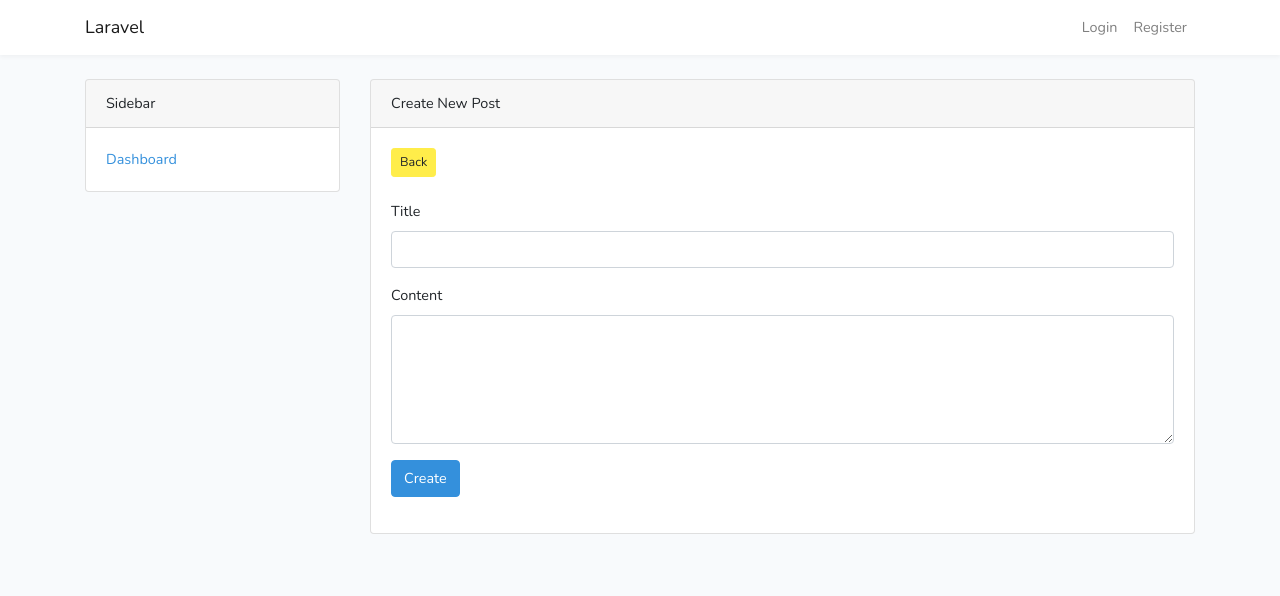
Repository: tlexDett/Covid19Ubon
Page: http://localhost/admin/posts/create
These files come from the project's save history. The page is drawn as it stood at one moment and after the next save; the edit follows.
The browser window is 1280 px wide. The pictures show the whole page.
The page is served by the project's Laravel application, run on PHP 8.4 with Laravel 8. Other server files are loaded and not shown.

Above is the page before, as saved 2020-05-05 01:26:44.

### Covid19Ubon/routes/web.php
<?php

/*
|--------------------------------------------------------------------------
| Web Routes
|--------------------------------------------------------------------------
|
| Here is where you can register web routes for your application. These
| routes are loaded by the RouteServiceProvider within a group which
| contains the "web" middleware group. Now create something great!
|
*/

Route::get('/', function () {
    return view('welcome');
});

Auth::routes();

Route::get('/home', 'HomeController@index')->name('home');

// Route::get('/home', 'Admin.PostsController');

Route::resource('admin/posts', 'Admin\\PostsController');

### Covid19Ubon/app/Http/Controllers/Auth/LoginController.php
<?php

namespace App\Http\Controllers\Auth;

use App\Http\Controllers\Controller;
use Illuminate\Foundation\Auth\AuthenticatesUsers;

class LoginController extends Controller
{
    /*
    |--------------------------------------------------------------------------
    | Login Controller
    |--------------------------------------------------------------------------
    |
    | This controller handles authenticating users for the application and
    | redirecting them to your home screen. The controller uses a trait
    | to conveniently provide its functionality to your applications.
    |
    */

    use AuthenticatesUsers;

    /**
     * Where to redirect users after login.
     *
     * @var string
     */
    protected $redirectTo = '/admin/posts';

    /**
     * Create a new controller instance.
     *
     * @return void
     */
    public function __construct()
    {
        $this->middleware('guest')->except('logout');
    }
}

### Covid19Ubon/app/Http/Controllers/Admin/PostsController.php
<?php

namespace App\Http\Controllers\Admin;

use App\Http\Requests;
use App\Http\Controllers\Controller;

use App\Post;
use Illuminate\Http\Request;

class PostsController extends Controller
{
    /**
     * Display a listing of the resource.
     *
     * @return \Illuminate\View\View
     */
    public function index(Request $request)
    {
        $keyword = $request->get('search');
        $perPage = 25;

        if (!empty($keyword)) {
            $posts = Post::where('title', 'LIKE', "%$keyword%")
                ->orWhere('content', 'LIKE', "%$keyword%")
                ->latest()->paginate($perPage);
        } else {
            $posts = Post::latest()->paginate($perPage);
        }

        return view('admin.posts.index', compact('posts'));
    }

    /**
     * Show the form for creating a new resource.
     *
     * @return \Illuminate\View\View
     */
    public function create()
    {
        return view('admin.posts.create');
    }

    /**
     * Store a newly created resource in storage.
     *
     * @param \Illuminate\Http\Request $request
     *
     * @return \Illuminate\Http\RedirectResponse|\Illuminate\Routing\Redirector
     */
    public function store(Request $request)
    {

        $requestData = $request->all();

        Post::create($requestData);

        return redirect('admin/posts')->with('flash_message', 'Post added!');
    }

    /**
     * Display the specified resource.
     *
     * @param  int  $id
     *
     * @return \Illuminate\View\View
     */
    public function show($id)
    {
        $post = Post::findOrFail($id);

        return view('admin.posts.show', compact('post'));
    }

    /**
     * Show the form for editing the specified resource.
     *
     * @param  int  $id
     *
     * @return \Illuminate\View\View
     */
    public function edit($id)
    {
        $post = Post::findOrFail($id);

        return view('admin.posts.edit', compact('post'));
    }

    /**
     * Update the specified resource in storage.
     *
     * @param \Illuminate\Http\Request $request
     * @param  int  $id
     *
     * @return \Illuminate\Http\RedirectResponse|\Illuminate\Routing\Redirector
     */
    public function update(Request $request, $id)
    {

        $requestData = $request->all();

        $post = Post::findOrFail($id);
        $post->update($requestData);

        return redirect('admin/posts')->with('flash_message', 'Post updated!');
    }

    /**
     * Remove the specified resource from storage.
     *
     * @param  int  $id
     *
     * @return \Illuminate\Http\RedirectResponse|\Illuminate\Routing\Redirector
     */
    public function destroy($id)
    {
        Post::destroy($id);

        return redirect('admin/posts')->with('flash_message', 'Post deleted!');
    }
}

### Covid19Ubon/resources/views/admin/posts/create.blade.php
@extends('layouts.app')

@section('content')
    <div class="container">
        <div class="row">
            @include('admin.sidebar')

            <div class="col-md-9">
                <div class="card">
                    <div class="card-header">Create New Post</div>
                    <div class="card-body">
                        <a href="{{ url('/admin/posts') }}" title="Back"><button class="btn btn-warning btn-sm"><i class="fa fa-arrow-left" aria-hidden="true"></i> Back</button></a>
                        <br />
                        <br />

                        @if ($errors->any())
                            <ul class="alert alert-danger">
                                @foreach ($errors->all() as $error)
                                    <li>{{ $error }}</li>
                                @endforeach
                            </ul>
                        @endif

                        <form method="POST" action="{{ url('/admin/posts') }}" accept-charset="UTF-8" class="form-horizontal" enctype="multipart/form-data">
                            {{ csrf_field() }}

                            @include ('admin.posts.form', ['formMode' => 'create'])

                        </form>

                    </div>
                </div>
            </div>
        </div>
    </div>
@endsection

### Covid19Ubon/resources/views/admin/posts/form.blade.php
<div class="form-group {{ $errors->has('title') ? 'has-error' : ''}}">
    <label for="title" class="control-label">{{ 'Title' }}</label>
    <input class="form-control" name="title" type="text" id="title" value="{{ isset($post->title) ? $post->title : ''}}" >
    {!! $errors->first('title', '<p class="help-block">:message</p>') !!}
</div>
<div class="form-group {{ $errors->has('content') ? 'has-error' : ''}}">
    <label for="content" class="control-label">{{ 'Content' }}</label>
    <textarea class="form-control" rows="5" name="content" type="textarea" id="content" >{{ isset($post->content) ? $post->content : ''}}</textarea>
    {!! $errors->first('content', '<p class="help-block">:message</p>') !!}
</div>


<div class="form-group">
    <input class="btn btn-primary" type="submit" value="{{ $formMode === 'edit' ? 'Update' : 'Create' }}">
</div>

Loaded but not shown: Covid19Ubon/app/Http/Controllers/Controller.php (common file); Covid19Ubon/resources/views/admin/sidebar.blade.php (common file); Covid19Ubon/resources/views/layouts/app.blade.php (common file); Covid19Ubon/public/js/app.js (library); Covid19Ubon/public/css/app.css (library)

After the next save:
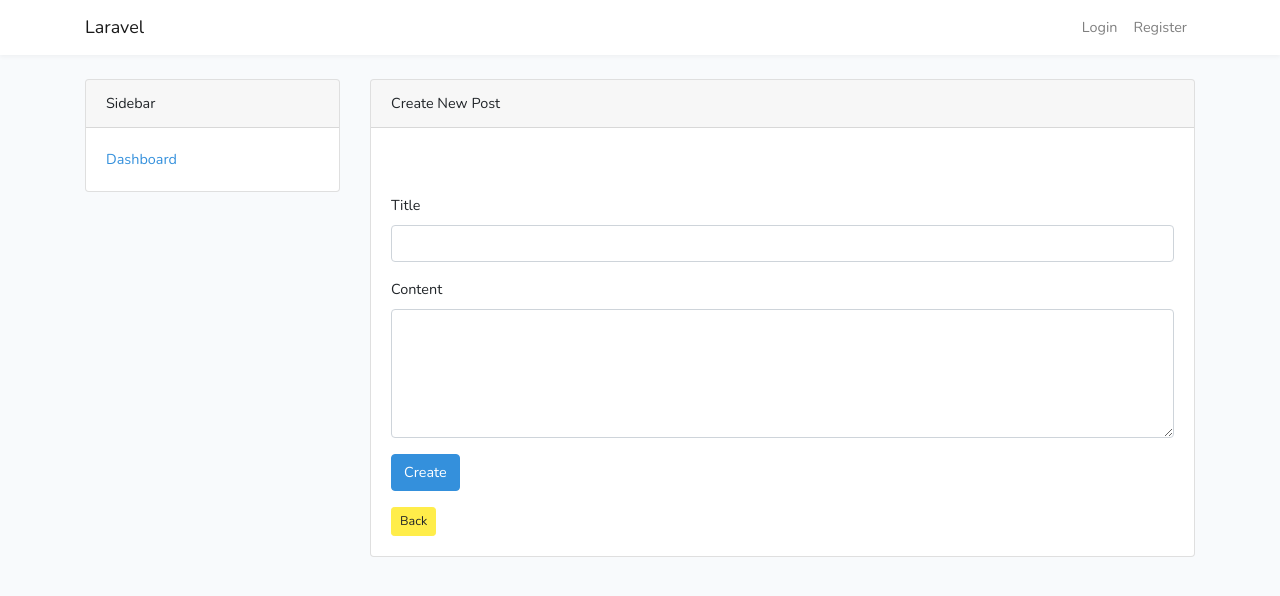
Saved 110 s later.
--- a/Covid19Ubon/resources/views/admin/posts/create.blade.php
+++ b/Covid19Ubon/resources/views/admin/posts/create.blade.php
@@ -9,7 +9,7 @@
                 <div class="card">
                     <div class="card-header">Create New Post</div>
                     <div class="card-body">
-                        <a href="{{ url('/admin/posts') }}" title="Back"><button class="btn btn-warning btn-sm"><i class="fa fa-arrow-left" aria-hidden="true"></i> Back</button></a>
+                        <!-- <a href="{{ url('/admin/posts') }}" title="Back"><button class="btn btn-warning btn-sm"><i class="fa fa-arrow-left" aria-hidden="true"></i> Back</button></a> -->
                         <br />
                         <br />
 
@@ -27,7 +27,7 @@
                             @include ('admin.posts.form', ['formMode' => 'create'])
 
                         </form>
-
+                        <a href="{{ url('/admin/posts') }}" title="Back"><button class="btn btn-warning btn-sm"><i class="fa fa-arrow-left" aria-hidden="true"></i> Back</button></a>
                     </div>
                 </div>
             </div>
